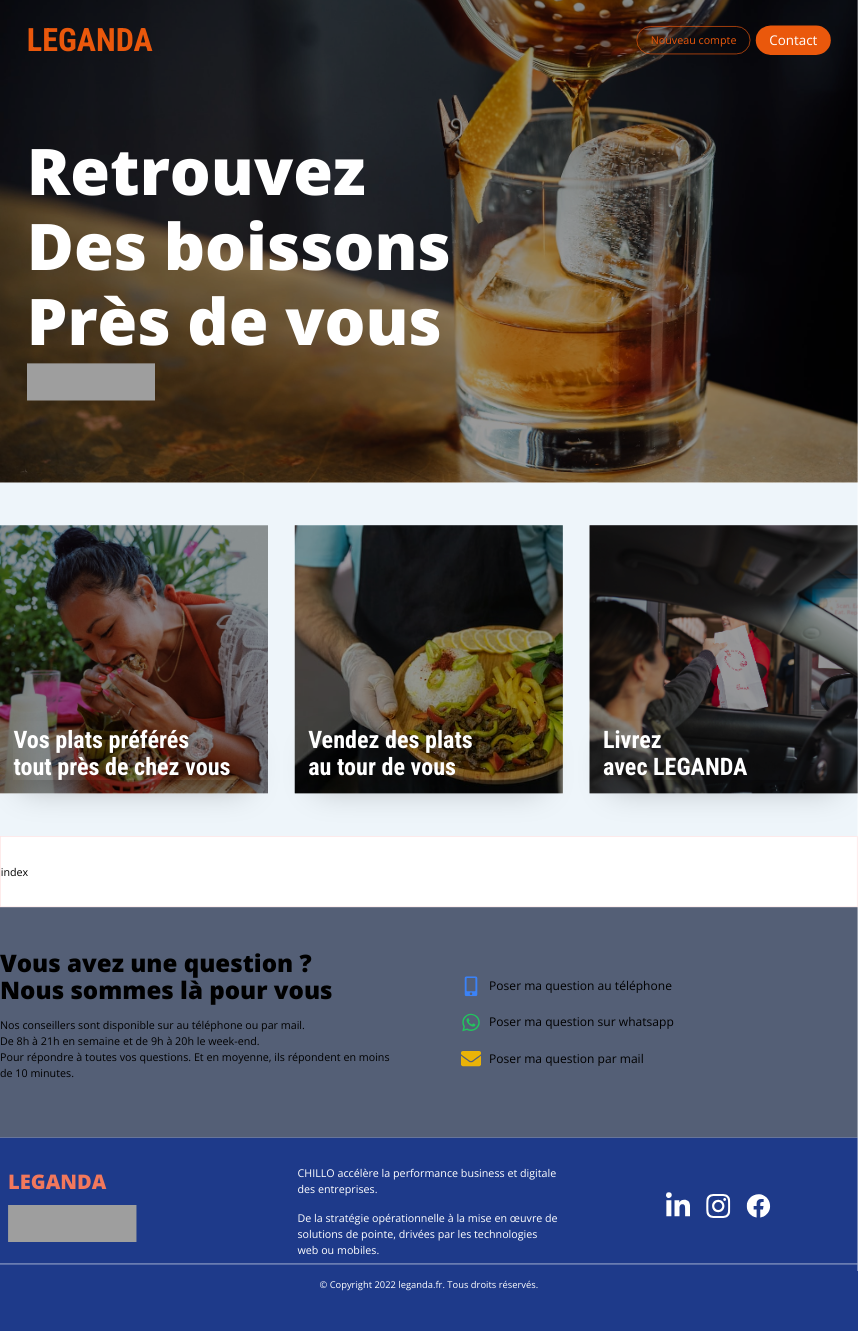
Repository: chillo-tech/website-leganda
Page: /
These files come from the project's save history. The page is drawn as it stood at one moment and after the next save; the edit follows.
The browser window is 1280 px wide. The pictures show the whole page, at 67% of full size.
Pictures or frames that could not be fetched are drawn as grey boxes. The project was rebuilt for these pictures with package versions that can differ from the ones it lists, and the page was loaded fresh each time. Some packages were replaced by stand-ins written for this rebuild. The framework's server and built-in components were replaced by stand-ins that run in the browser. Also part of the build but not shown: next.config.js, components/header/items/SearchBar.tsx.

Above is the page before, as saved 2023-02-09 11:13:02.

After the next save:
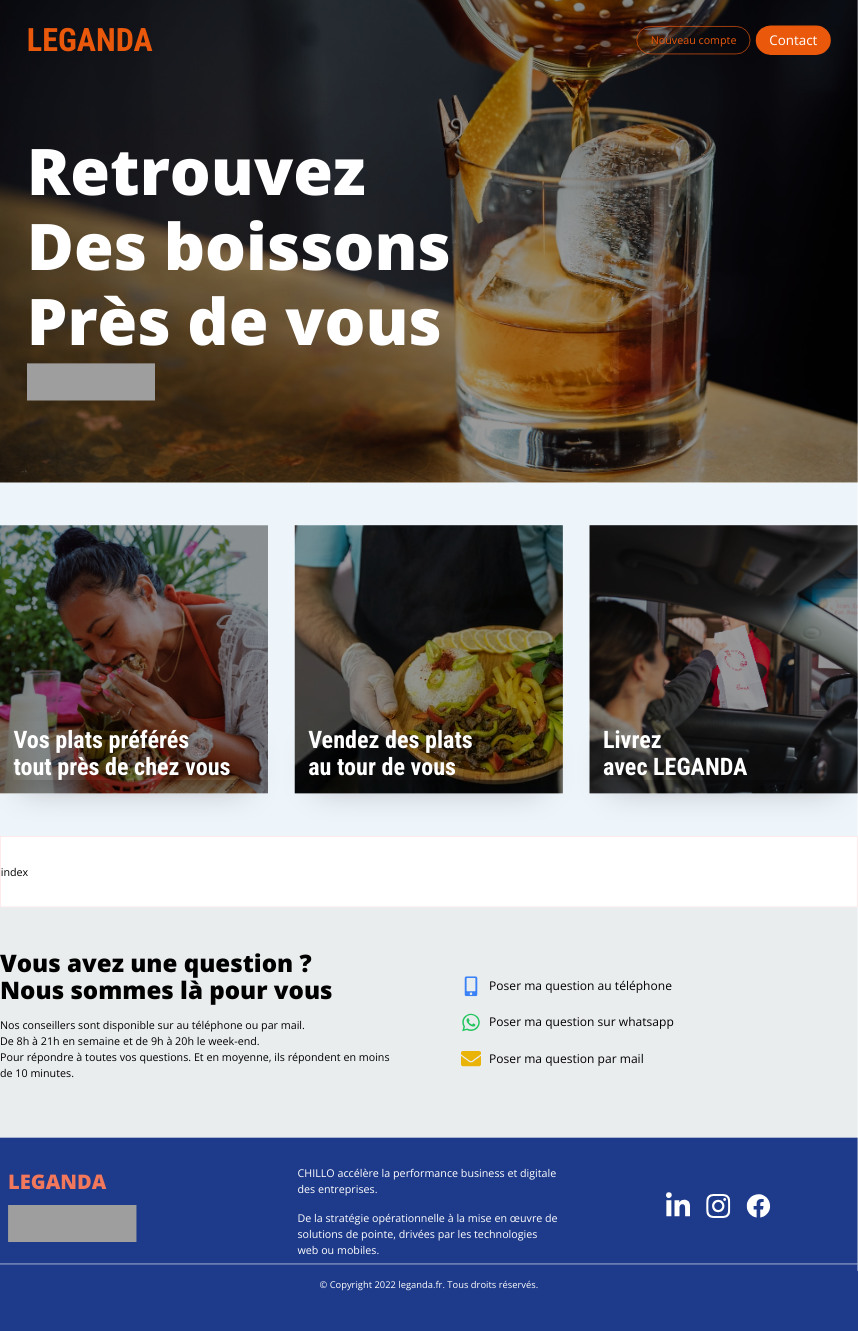
Saved 43 s later.
--- a/components/questions/Questions.tsx
+++ b/components/questions/Questions.tsx
@@ -4,7 +4,7 @@
 
 function Questions() {
   return (
-    <section className='py-16 bg-app-light-gray'>
+    <section className='py-16 bg-app-light-green'>
         <div className="container grid md:grid-cols-2 md:gap-24 items-center px-3 md:px-0">
           <article>
             <h2 className='md:text-4xl text-3xl font-semibold text-black'>
